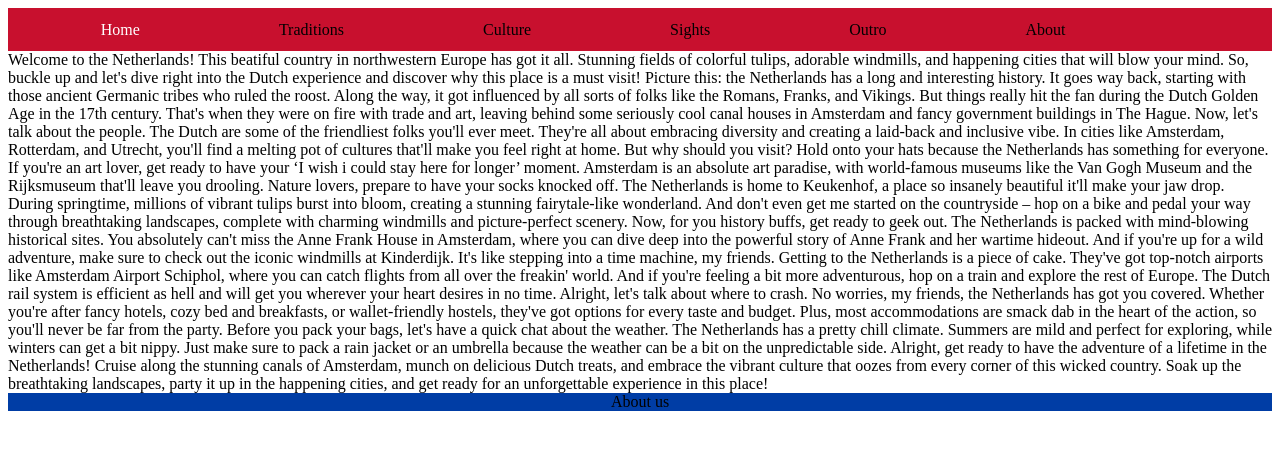
Repository: Cornman63/The-netherlands
Page: index.html
The author's editor kept a copy of each file at every save. The page is drawn from the files as they stood at one save, then again after the next save.
The browser window is 1280 px wide. The page is 1280 px wide, then 1288 px, so the pictures cover 1288 px, including what lies to the right of the window. The pictures show the whole page.

Above is the page before, as saved 2023-05-23 09:43:00.

### index.html
<!DOCTYPE html>
<html lang="en">
<head>
    <meta charset="UTF-8">
    <meta http-equiv="X-UA-Compatible" content="IE=edge">
    <meta name="viewport" content="width=device-width, initial-scale=1.0">
    <link rel="stylesheet" href="style.css">
    <title>Visit the Netherlands</title>

</head>
<body>
    <div class="top">
        <div class="site"><a href="index.html" style="color:white" class="link">Home</a></div>
        <div class="site"><a href="traditions.html" style="color:black" class="link">Traditions</a></div>
        <div class="site"><a href="culture.html" style="color:black" class="link">Culture</a></div>
        <div class="site"><a href="sights.html" style="color:black" class="link">Sights</a></div>
        <div class="site"><a href="outro.html" style="color:black" class="link">Outro</a></div>
        <div class="site"><a href="about.html" style="color:black" class="link">About</a></div>
    </div>
    <div class="text">
        Welcome to the Netherlands! This beatiful country in northwestern Europe has got it all. Stunning fields of colorful tulips, adorable windmills, and happening cities that will blow your mind. So, buckle up and let's dive right into the Dutch experience and discover why this place is a must visit!

        Picture this: the Netherlands has a long and interesting history. It goes way back, starting with those ancient Germanic tribes who ruled the roost. Along the way, it got influenced by all sorts of folks like the Romans, Franks, and Vikings. But things really hit the fan during the Dutch Golden Age in the 17th century. That's when they were on fire with trade and art, leaving behind some seriously cool canal houses in Amsterdam and fancy government buildings in The Hague.

         Now, let's talk about the people. The Dutch are some of the friendliest folks you'll ever meet. They're all about embracing diversity and creating a laid-back and inclusive vibe. In cities like Amsterdam, Rotterdam, and Utrecht, you'll find a melting pot of cultures that'll make you feel right at home.

        But why should you visit? Hold onto your hats because the Netherlands has something for everyone. If you're an art lover, get ready to have your ‘I wish i could stay here for longer’ moment. Amsterdam is an absolute art paradise, with world-famous museums like the Van Gogh Museum and the Rijksmuseum that'll leave you drooling.

        Nature lovers, prepare to have your socks knocked off. The Netherlands is home to Keukenhof, a place so insanely beautiful it'll make your jaw drop. During springtime, millions of vibrant tulips burst into bloom, creating a stunning fairytale-like wonderland. And don't even get me started on the countryside – hop on a bike and pedal your way through breathtaking landscapes, complete with charming windmills and picture-perfect scenery.

         Now, for you history buffs, get ready to geek out. The Netherlands is packed with mind-blowing historical sites. You absolutely can't miss the Anne Frank House in Amsterdam, where you can dive deep into the powerful story of Anne Frank and her wartime hideout. And if you're up for a wild adventure, make sure to check out the iconic windmills at Kinderdijk. It's like stepping into a time machine, my friends.

        Getting to the Netherlands is a piece of cake. They've got top-notch airports like Amsterdam Airport Schiphol, where you can catch flights from all over the freakin' world. And if you're feeling a bit more adventurous, hop on a train and explore the rest of Europe. The Dutch rail system is efficient as hell and will get you wherever your heart desires in no time.

        Alright, let's talk about where to crash. No worries, my friends, the Netherlands has got you covered. Whether you're after fancy hotels, cozy bed and breakfasts, or wallet-friendly hostels, they've got options for every taste and budget. Plus, most accommodations are smack dab in the heart of the action, so you'll never be far from the party.

        Before you pack your bags, let's have a quick chat about the weather. The Netherlands has a pretty chill climate. Summers are mild and perfect for exploring, while winters can get a bit nippy. Just make sure to pack a rain jacket or an umbrella because the weather can be a bit on the unpredictable side.

         Alright, get ready to have the adventure of a lifetime in the Netherlands! Cruise along the stunning canals of Amsterdam, munch on delicious Dutch treats, and embrace the vibrant culture that oozes from every corner of this wicked country. Soak up the breathtaking landscapes, party it up in the happening cities, and get ready for an unforgettable experience in this place!

    </div>
    <div class="bottom">
        About us
    </div>
</body>
</html>

### style.css
.top, .bottom {
    display: flex;
    flex-direction: row;
    justify-content: center;
    align-content:center;
    background-color:#C8102E;
}
.bottom{
    background-color: #003DA5;
}

.site {
    display: flex;
    border: 1%;
    margin: 1%;
    margin-right: 10%;
    align-content: center;
}
.link {
    text-decoration: none;
}
*{
    width:100;
}

After the next save:
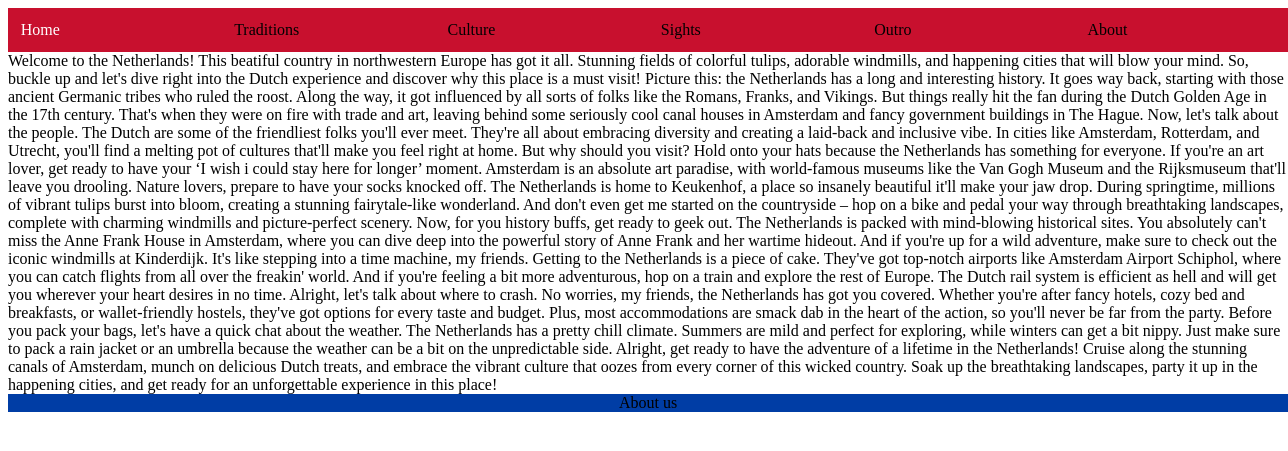
Saved 7 s later.
--- a/style.css
+++ b/style.css
@@ -20,5 +20,5 @@
     text-decoration: none;
 }
 *{
-    width:100;
+    width:100%;
 }
